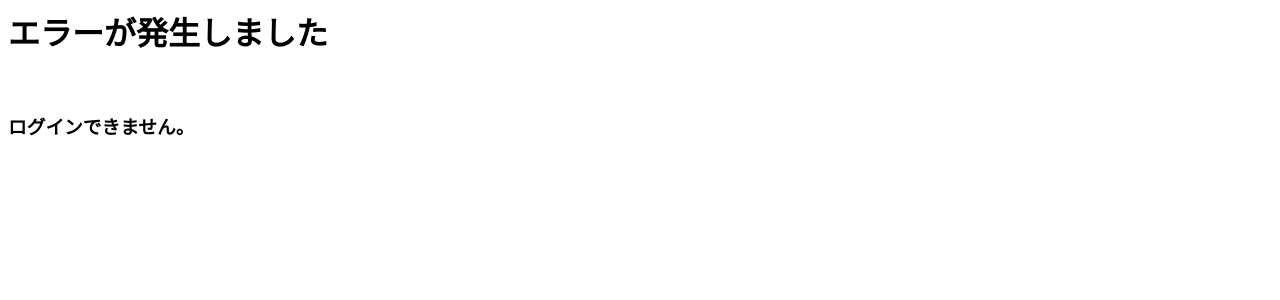
Repository: ryuhei0204/test
Page: http://localhost/WebProj3/loginError.jsp
The author's editor kept a copy of each file at every save. The page is drawn from the files as they stood at one save, then again after the next save.
The browser window is 1280 px wide. The pictures show the whole page.
The page is served by Tomcat 9. Other server files are loaded and not shown.

Above is the page before, as saved 2019-05-09 07:30:07.

### WebProj3/WebContent/loginError.jsp
<%@ page language="java" contentType="text/html; charset=UTF-8"
    pageEncoding="UTF-8"%>
<!DOCTYPE>
<html>
<head>
<meta charset="UTF-8">
<title>LoginError</title>
</head>
<body>
<h1>エラーが発生しました</h1>
<br>
<h3>ログインできません。</h3>
</body>
</html>

After the next save:
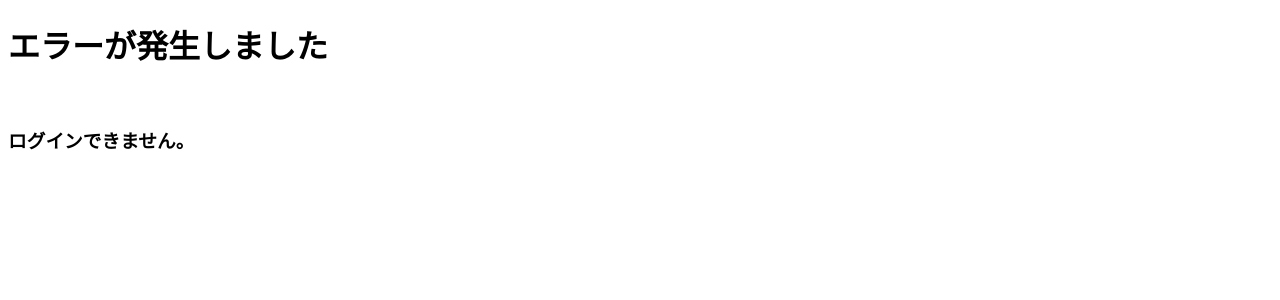
Saved 14 min 39 s later.
--- a/WebProj3/WebContent/loginError.jsp
+++ b/WebProj3/WebContent/loginError.jsp
@@ -1,6 +1,7 @@
 <%@ page language="java" contentType="text/html; charset=UTF-8"
-    pageEncoding="UTF-8"%>
-<!DOCTYPE>
+pageEncoding="UTF-8"%>
+<%@ taglib prefix="s" uri="/struts-tags" %>
+<!DOCTYPE html>
 <html>
 <head>
 <meta charset="UTF-8">
